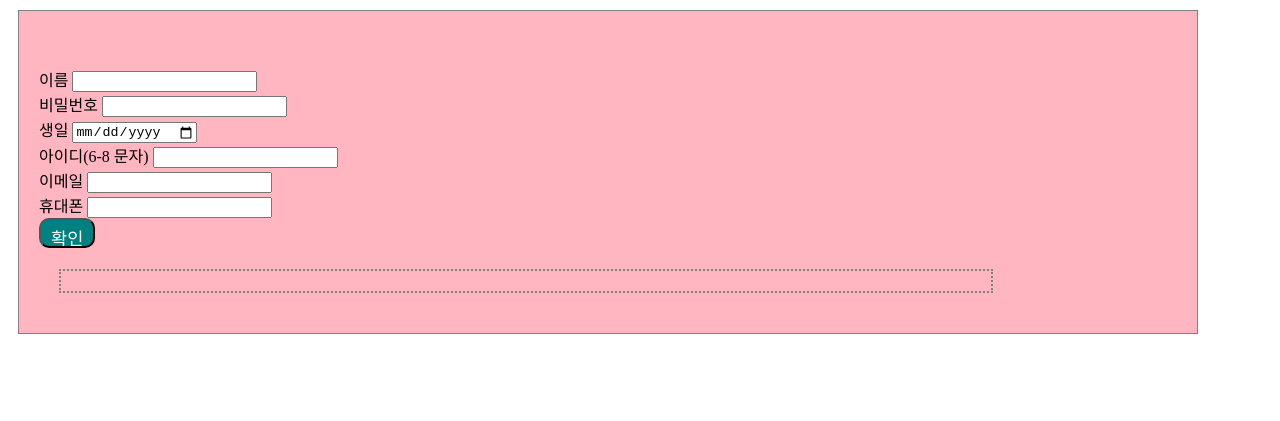
Repository: jeje0130/html
Page: webpro/WebContent/0120/폼데이터검증.html
An editor plug-in stored every save of this project. The page is shown before and after the next save, followed by the edit.
The browser window is 1280 px wide. The pictures show the whole page.

Above is the page before, as saved 2021-01-20 03:30:55.

### webpro/WebContent/0120/폼데이터검증.html
<!DOCTYPE html>
<html>
<head>
<meta charset="UTF-8">
<title>Insert title here</title>
<link rel = "stylesheet" href = "../css/public.css">
<script>
</script>
<style>
</style>
</head>
<body>

<div class="box">

 <br><br>

<form>
	<label for='name'>이름 </label> <input type='text' id='name' ><br>
	<label for='pass'>비밀번호</label> <input type='password' id='pass' ><br>

	<label for='birthday'>생일</label> <input type='date' id='birthday' ><br>
	<label>아이디(6-8 문자)</label> <input type='text' id='id' ><br>

	<label>이메일</label> <input type='text' id='email' ><br>
	<label>휴대폰</label> <input type='text' id='phone' ><br>

	<input type='button' value='확인' ><br>
</form>

<div id="result1"></div>
</div>
</body>
</html>

### webpro/WebContent/css/public.css
@charset "utf-8";

pre {
	background-color : #FFE3EE;
	font-size : 1.2em;
	white-space: pre-wrap; /* 우측 여백 고정, 넘치는 글자 줄바꿈 */

	/*
	pre : 공백은 그대로, 줄바꿈 X
	pre-wrap : 공백은 그대로, 줄바꿈 O
	pre-line : 공백을 여러개줘도 하나만 표시, 줄바꿈 O
	nowrap : 공백을 여러개줘도 하나만 표시, 줄바꿈 X
	 */
}

div.box{
	width : 90%;
	height: auto;
	margin: 10px;
	padding: 20px;
	border: 1px solid gray;
	background: #FFB6C1;
}

.box input[type = button]{
	width: auto;
	height: 30px;
	background: #008080;
	color : white;
	padding: 5px 10px;
	border-radius : 10px;
	font-size: 1.1em;
}

.box div{
	width : 80%;
	height: auto;
	padding: 10px;
	border: 2px dotted gray;
	margin: 20px;
}

After the next save:
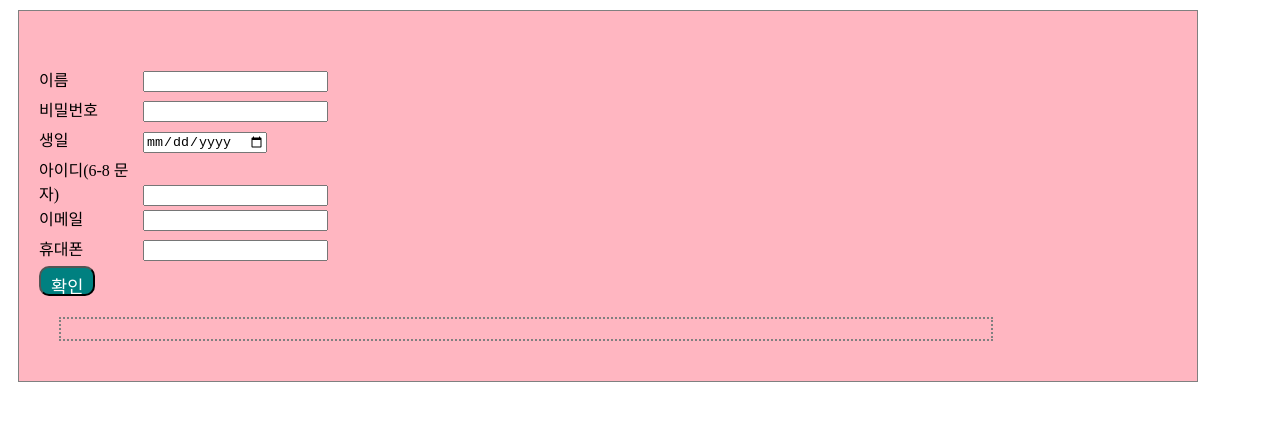
Saved 61 s later.
--- a/webpro/WebContent/0120/폼데이터검증.html
+++ b/webpro/WebContent/0120/폼데이터검증.html
@@ -7,6 +7,13 @@
 <script>
 </script>
 <style>
+
+	label{
+		display: inline-block;
+		width: 100px;
+		height: 30px;
+	}
+
 </style>
 </head>
 <body>
